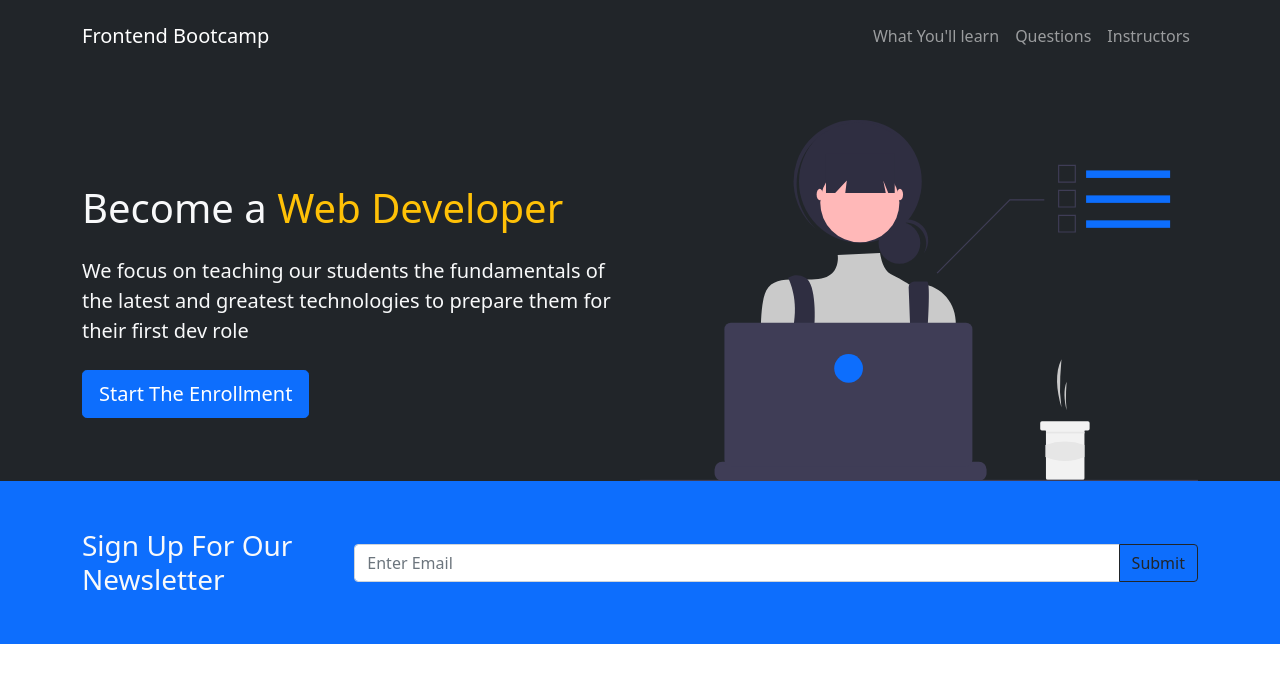
Repository: Marhamat92/Bootstrap5-Responsive-Website-
Page: index.html
An editor plug-in stored every save of this project. The page is shown before and after the next save, followed by the edit.
The browser window is 1280 px wide. The pictures show the whole page.

Above is the page before, as saved 2021-09-18 16:56:09.

After the next save:
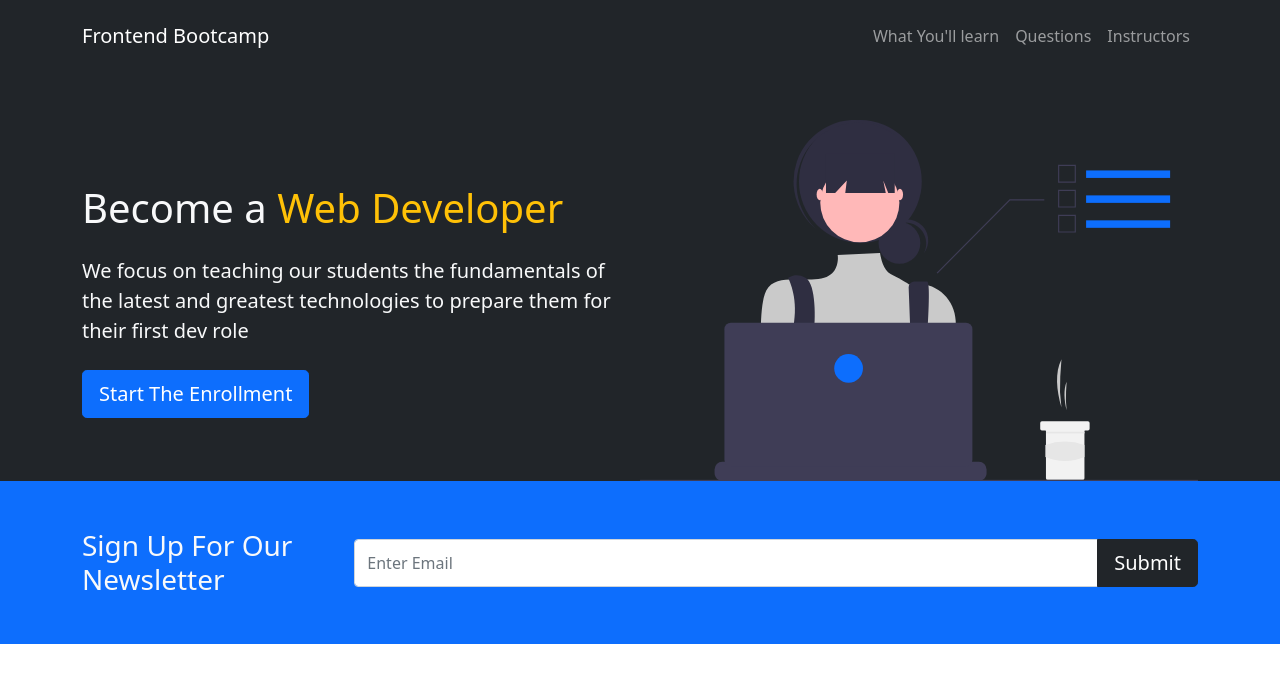
Saved 34 s later.
--- a/index.html
+++ b/index.html
@@ -61,7 +61,7 @@
         <h3 class="mb-3 mb-md-0">Sign Up For Our Newsletter</h3>
         <div class="input-group">
             <input type="text" class="form-control" placeholder="Enter Email" aria-label="Recipient's username" aria-describedby="button-addon2">
-            <button class="btn btn-outline-dark" type="button" id="button-addon2">Submit</button>
+            <button class="btn btn-dark btn-lg" type="button" id="button-addon2">Submit</button>
           </div>
 
       </div>
